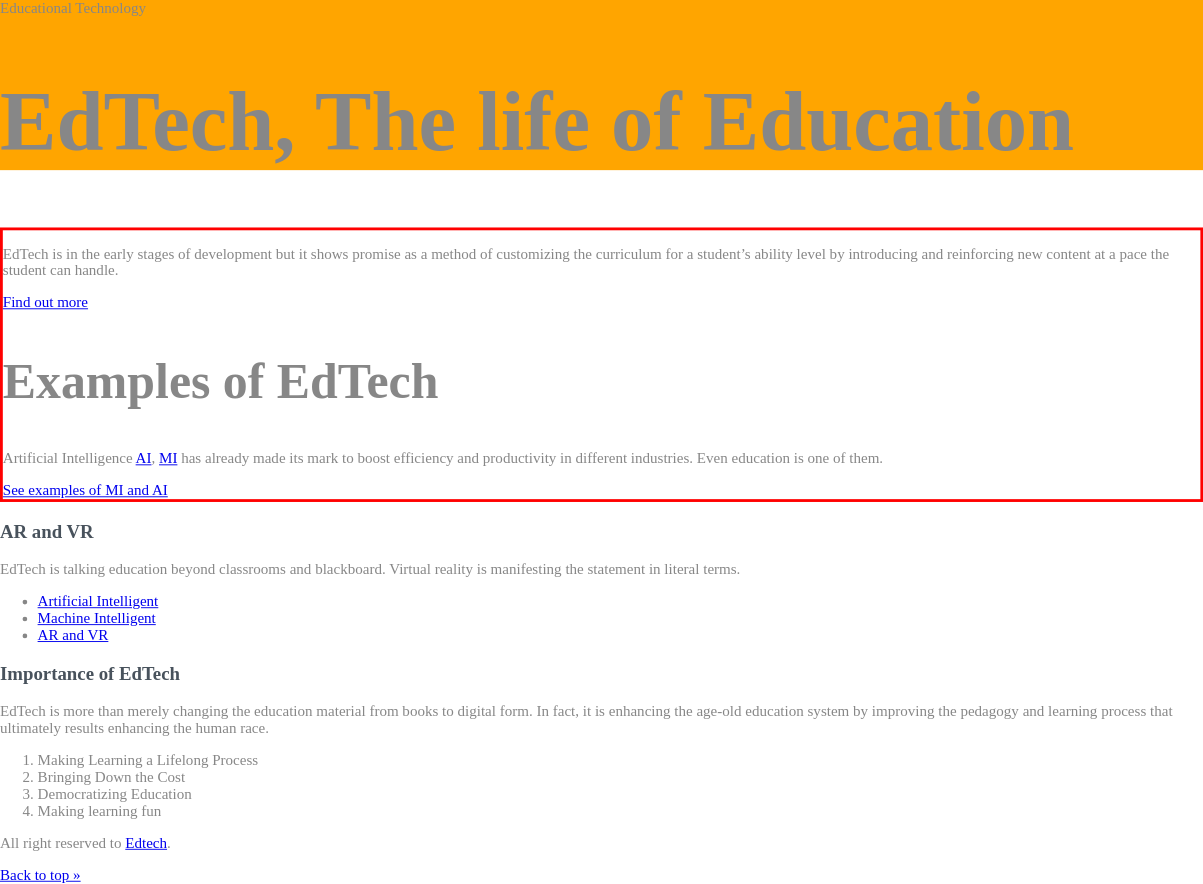
Repository: tunmishyi/edtech
Page: index.html
The author's editor kept a copy of each file at every save. The page is drawn from the files as they stood at one save, then again after the next save.
The browser window is 1280 px wide. The pictures show the whole page, at 94% of full size.

Above is the page before, as saved 2020-06-06 17:24:34.

After the next save:
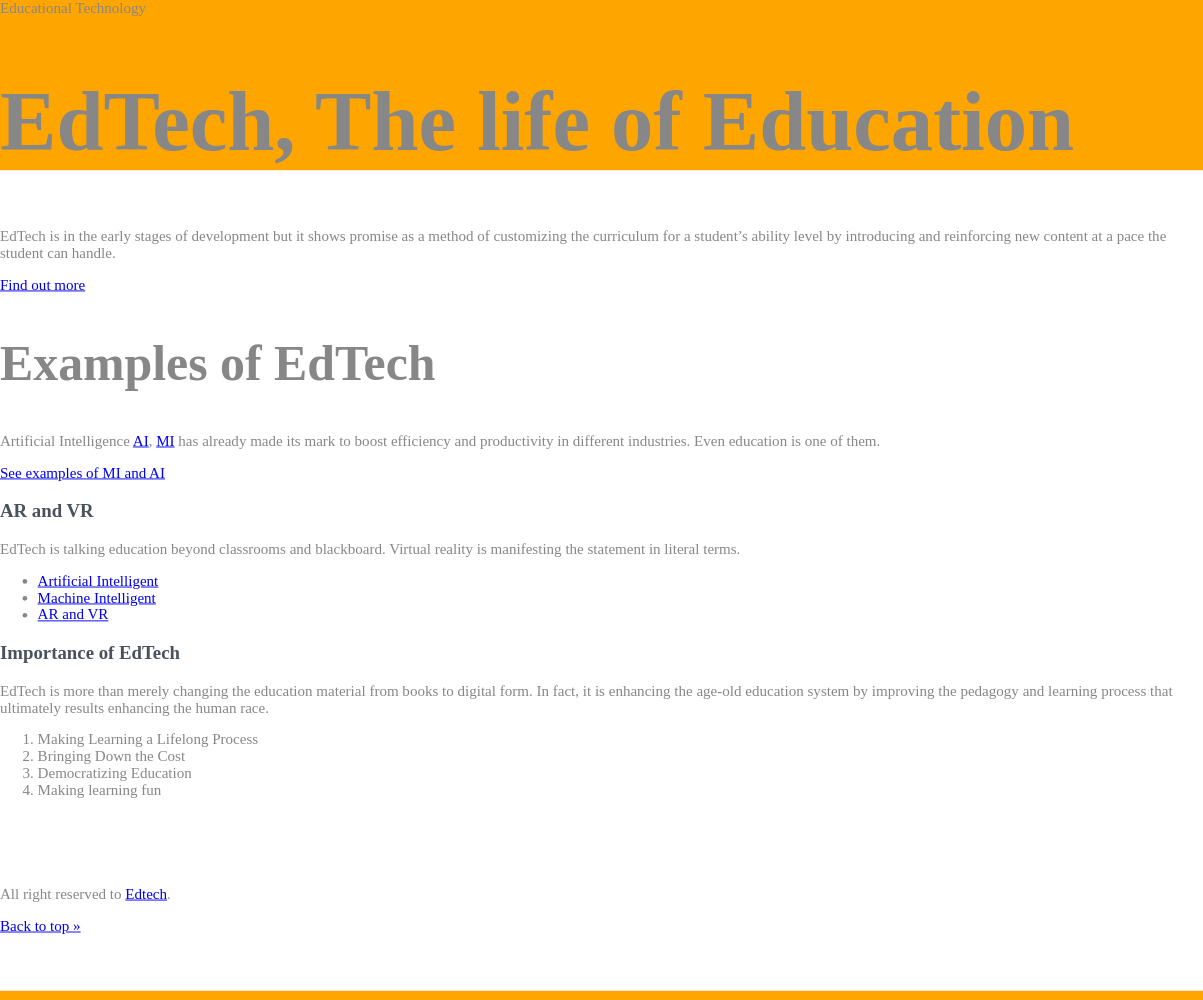
Saved 2 min 27 s later.
--- a/style.css
+++ b/style.css
@@ -21,6 +21,12 @@ h1 {
         color: #48525c;
     }
 
-    #primary-content {
+    .primary-content {
         border: 3px solid red;
     }
+
+    #main-footer {
+        padding-top: 60px;
+        padding-bottom: 60px;
+        border-bottom: solid 10px orange;
+    }
